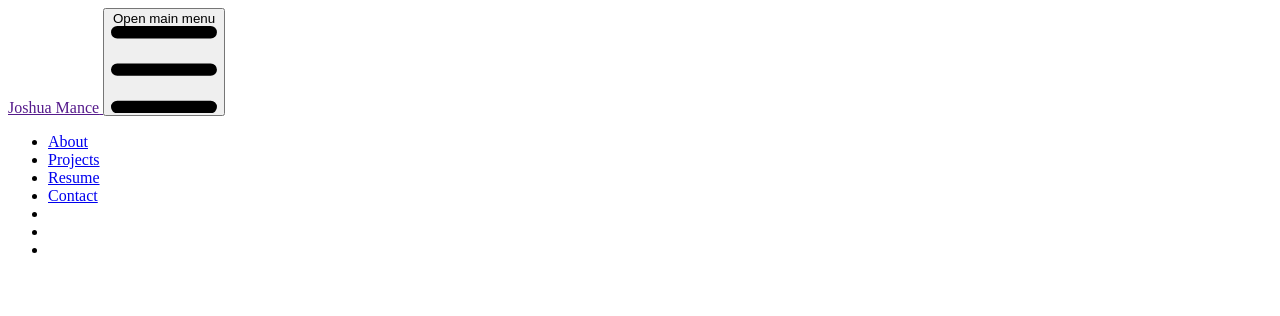
Repository: JoshMance/JoshMance.github.io
Page: src/components/navbar.html
An editor plug-in stored every save of this project. The page is shown before and after the next save, followed by the edit.
The browser window is 1280 px wide. The pictures show the whole page.

Above is the page before, as saved 2024-07-19 06:32:14.

### src/components/navbar.html
<nav class="p-5 mb-10">
  <div class="max-w-screen-3xl flex flex-wrap items-start justify-between mx-auto px-9">
    <a href="" class="flex items-center space-x-5 rtl:space-x-reverse">
        <span class="self-center text-3xl font-semibold whitespace-nowrap text-white">Joshua Mance</span>
    </a>
    <button data-collapse-toggle="navbar-default" type="button" class="inline-flex items-center p-2 w-10 h-10 justify-center text-sm text-gray-500 rounded-lg md:hidden hover:bg-gray-100 focus:outline-none focus:ring-2 focus:ring-gray-200 dark:text-gray-400 dark:hover:bg-gray-700 dark:focus:ring-gray-600" aria-controls="navbar-default" aria-expanded="false">
        <span class="sr-only">Open main menu</span>
        <svg class="w-5 h-5" aria-hidden="true" xmlns="http://www.w3.org/2000/svg" fill="none" viewBox="0 0 17 14">
            <path stroke="currentColor" stroke-linecap="round" stroke-linejoin="round" stroke-width="2" d="M1 1h15M1 7h15M1 13h15"/>
        </svg>
    </button>
    <div class="hidden w-full md:block md:w-auto" id="navbar">
      <ul class="text-2xl flex flex-col p-1 md:p-0 mt-5 border rounded-lg md:flex-row rtl:space-x-reverse md:mt-0 md:border-0">
        <li class="px-5">
          <a href="#" class="block py-2 px-7 text-white rounded-3xl hover:underline hover:text-accent">About</a>
        </li>
        <li class="px-5">
          <a href="#" class="block py-2 px-7 text-white rounded-3xl hover:underline hover:text-accent">Projects</a>
        </li>
        <li class="px-5">
          <a href="#" class="block py-2 px-7 whitespace-nowrap text-white rounded-3xl hover:underline hover:text-accent">Resume</a>
        </li>
        <li class="px-5">
          <a href="#" class="block py-2 px-7 whitespace-nowrap text-white rounded-3xl hover:underline hover:text-accent">Contact</a>
        </li>
        <li class="px-1">
          <a href="https://www.linkedin.com/in/joshua-mance/" class="block py-2 px-2 text-3xl text-white hover:text-accent"><i class="bi bi-github"></i></a>
        </li>
        <li class="px-1">
          <a href="https://github.com/JoshMance" class="block py-2 px-2 text-3xl text-white hover:text-accent"><i class="bi bi-linkedin"></i></a>
        </li>
        <li class="px-1">
          <a href="#" class="block py-2 px-2 text-3xl text-white hover:text-accent"><i class="bi bi-envelope-fill"></i></a>
        </li>
      </ul>
    </div>
  </div>
</nav>


</hr>

After the next save:
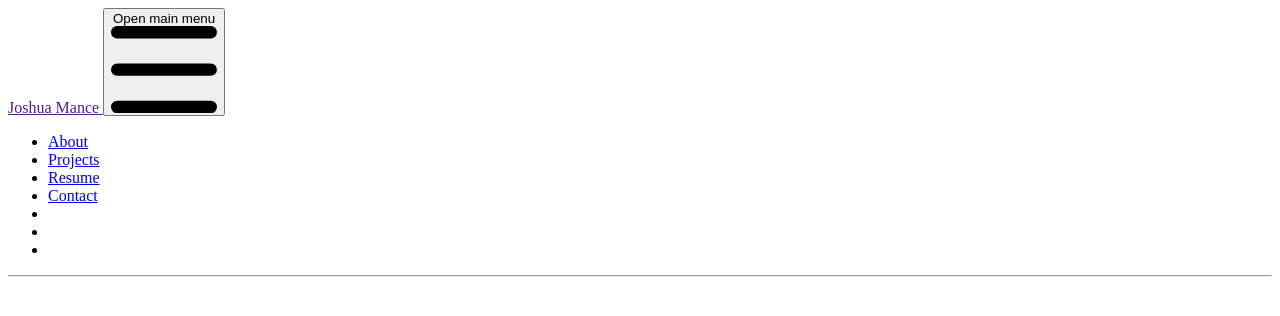
Saved 3 min 0 s later.
--- a/src/components/navbar.html
+++ b/src/components/navbar.html
@@ -37,5 +37,5 @@
   </div>
 </nav>
 
-
+<hr class = "py-1 bg-grey">
 </hr>
